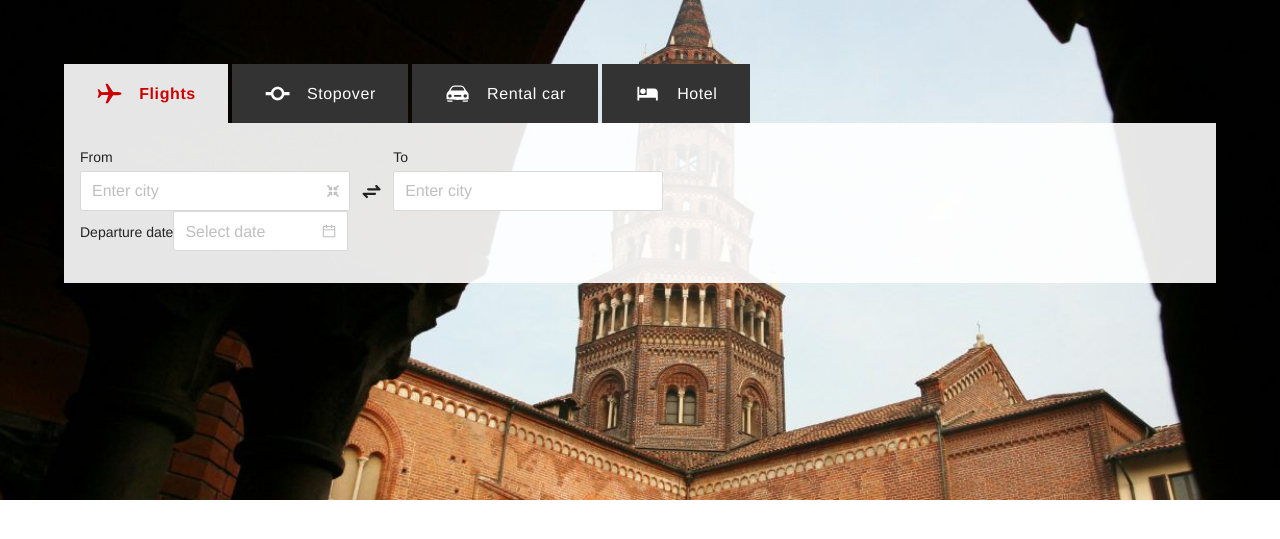
Repository: guidogr95/Everymundo-Excercise
Page: /
The author's editor kept a copy of each file at every save. The page is drawn from the files as they stood at one save, then again after the next save.
The browser window is 1280 px wide. The pictures show the whole page.
The project was rebuilt for these pictures with package versions that can differ from the ones it lists, and the page was loaded fresh each time. Also part of the build but not shown: src/components/CustomSpin/customspin.scss.

Above is the page before, as saved 2021-07-01 17:20:23.

### src/App.jsx
// utils
import {
  QueryClient,
  QueryClientProvider,
} from 'react-query'
// styles
import 'antd/dist/antd.css';
import './app.scss';
// components
import BookingMask from 'src/components/BookingMask'

const queryClient = new QueryClient({
  defaultOptions: {
    queries: {
      refetchOnWindowFocus: false,
    },
  },
})

function App() {
  return (
    <QueryClientProvider client={queryClient}>
      <div className="App">
        <div className="flightmanager-container container" >
          <BookingMask />
        </div>
      </div>
    </QueryClientProvider>
  );
}

export default App;

### src/app.scss
@import 'styles/global';

.App {
  .container {
    width: $desktop-maxwidth;
    max-width: 100%;
  }
  .flightmanager-container {
    background: url('./assets/images/bg.jpg');
    background-size: cover;
    background-position: center;
    min-height: 500px;
    margin: auto;
    padding: 4rem;
  }
}

### src/components/BookingMask/index.jsx
import { useState } from 'react'
// styles
import './bookingmask.scss'
// assets
import { IoIosAirplane, IoMdGitCommit, IoIosCar, IoMdBed } from 'react-icons/io'
// components
import EmptyTab from './EmptyTab'
import FlightsTab from './FlightsTab'

const BookingMask = () => {
  const tabs = [
    {
      name: 'Flights',
      icon: <IoIosAirplane />,
      component: <FlightsTab />
    },
    {
      name: 'Stopover',
      icon: <IoMdGitCommit />,
      component: <EmptyTab />
    },
    {
      name: 'Rental car',
      icon: <IoIosCar />,
      component: <EmptyTab />
    },
    {
      name: 'Hotel',
      icon: <IoMdBed />,
      component: <EmptyTab />
    }
  ]

  const [activeTab, setActiveTab] = useState(tabs[0].name)
  const handleTab = name => setActiveTab(name)

  return (
    <section className="bookingmask" >
      <ul className="bookingmask__nav" >
        {tabs.map(tab =>
          <button
            className={activeTab === tab.name ? 'active' : ''}
            onClick={() => handleTab(tab.name)}
            key={tab.name}
          >
            {tab.icon}<span>{tab.name}</span>
          </button>
        )}
      </ul>
      <div className="bookingmask__tabs-wrapper" >
          {tabs.map(tab =>
            <div
              key={tab.name}
              className={`bookingmask__tab${activeTab === tab.name ? ' active' : ''}`}
            >
              {tab.component}
            </div>
          )}
      </div>
    </section>
  )
}

export default BookingMask

### src/styles/_global.scss
@import 'variables';
@import 'mixins';

html,
body {
  position: relative;
  padding: 0;
  margin: 0;
  font-family: $font-family;
  -webkit-text-size-adjust: 100%;
  -webkit-font-smoothing: auto;
  -moz-font-smoothing: auto;
  -moz-osx-font-smoothing: auto;
  --antd-wave-shadow-color: #c00;
}
* {
  box-sizing: border-box;
}
ul {
  margin: 0;
  padding: 0;
}
button {
  border: none;
  cursor: pointer;
}
.ant-select {
  min-width: 270px;
}
.ant-select:not(.ant-select-disabled):hover .ant-select-selector,
.ant-select-focused:not(.ant-select-disabled).ant-select:not(.ant-select-customize-input) .ant-select-selector {
  border-color: $color-red !important;
}
body::-moz-selection,
body::selection {
  color: $color-red !important;
  background: $color-red !important;
}

### src/styles/_variables.scss
// measurements
$desktop-maxwidth: 90rem;
// colors
$color-red: #c00;
$color-gray: #333333;
$color-white: #fff;
// fonts
// font-family
$font-family: SwissText,Helvetica,Arial,sans-serif,LufthansaMamSymbolText;
// font-weight
$font-weight-medium: 700;
$font-weight-small: 300;
// font-size
$font-size-normal: 1rem;
$font-size-large: 1.7rem;
// line height
$line-height-medium: 2.2rem;
// letter spacing
$letter-spacing-small: .6px;

// tab variables
// colors
$color-active-tab-bg: hsla(0,0%,100%,.9);
// padding
$padding-tab-link: 1rem 2rem;
$padding-tab-content: 3rem 1rem 2rem 1rem;
// margin
$margin-tab-link: 0 0 0 .25rem;

### src/styles/_mixins.scss
// MIXINS
@mixin breakpoint($point) {
  @media (max-width: $point) {
    @content;
  }
}

### src/components/BookingMask/bookingmask.scss
@import '/src/styles/variables';
.bookingmask {
  &__nav {
    list-style: none;
    button {
      &:not(:first-of-type) {
        margin: $margin-tab-link;
      }
      color: $color-white;
      background: $color-gray;
      padding: $padding-tab-link;
      display: inline-flex;
      align-items: center;
      font-size: $font-size-normal;
      font-weight: $font-weight-small;
      letter-spacing: $letter-spacing-small;
      &.active {
        color: $color-red;
        font-weight: $font-weight-medium;
        background-color: $color-active-tab-bg;
      }
      svg {
        margin-right: 1rem;
        font-size: $font-size-large;
      }
    }
  }
  &__tabs-wrapper {
    position: relative;
  }
  &__tab {
    position: absolute;
    top: 0;
    left: 0;
    right: 0;
    padding: $padding-tab-content;
    background-color: $color-active-tab-bg;
    display: none;
    &.active {
      display: block;
    }
  }
}

### src/components/BookingMask/EmptyTab/index.jsx
const EmptyTab = () => {
  return (
    <div>
      some more stuff
    </div>
  )
}

export default EmptyTab

### src/components/BookingMask/FlightsTab/index.jsx
import { useRef } from 'react'
// assets
import { CgArrowsExchange } from 'react-icons/cg'
import { FaCompressArrowsAlt } from 'react-icons/fa'
// components
import AirportInput from './AirportInput'
import DateInput from './DateInput'

import './flightstab.scss'

const FlightsTab = ({ name, activeTab }) => {

  const fromRef = useRef(null)
  const toRef = useRef(null)

  return (
    <div className="bookingmask__flight" >
      <div className="bookingmask__flight--geo" >
        <AirportInput
          ref={fromRef}
          label="From"
          placeholder="Enter city"
          id="fromInput"
          showArrow={true}
          suffixIcon={<FaCompressArrowsAlt/>}
          />
        <span className="separator" >
          <CgArrowsExchange/>
        </span>
        <AirportInput
          ref={toRef}
          label="To"
          placeholder="Enter city"
          id="toInput"
          showArrow={false}
        />
      </div>
      <div className="bookingmask__flight--date" >
        <DateInput
          label="Departure date"
          id="depInput"
        />
      </div>
    </div>
  )
}

export default FlightsTab

### src/components/BookingMask/FlightsTab/AirportInput/index.jsx
import { forwardRef, useCallback, useState, useMemo } from 'react'
// utils
import throttle from 'lodash/throttle'
import { Select } from 'antd'
// api
import { fetchAirports } from 'src/api/fetchers'
// components
import CustomSpin from 'src/components/CustomSpin'

import './airportinput.scss'

const { Option } = Select;

const AirportInput = forwardRef(({ placeholder, showArrow, suffixIcon, label, id }, ref) => {
  const [term, setTerm] = useState('')
  const [isLoading, setIsLoading] = useState(false)
  const [data, setData] = useState([])

  const throttledFetch = useMemo(
    () =>
      throttle(val => {
        fetchAirports(val)
        .then((res) => setData(res.data || []))
        .catch(() => setData([]))
        .finally(() => {
          setIsLoading(false)
        })
      }, 2000),
    []
  )
  const handleSelect = useCallback(
    val => {
      setIsLoading(true)
      const innerVal = val || ''
      setTerm(innerVal)
      // fetching api accepts a min of 3 letters for search
      if (innerVal.length <= 2) {
        setData([])
        setIsLoading(false)
      } else {
        throttledFetch(val)
      }
    },
    [throttledFetch]
  )

  return (
    <div className="airportinput__wrapper" >
      {label && <label htmlFor={id} >{label}</label>}
      <Select
        showSearch
        allowClear
        id={id}
        ref={ref}
        placeholder={placeholder || 'Enter city'}
        value={term || undefined}
        onSearch={handleSelect}
        onChange={(val) => setTerm(val)}
        onClear={handleSelect}
        size='large'
        showArrow={showArrow}
        suffixIcon={suffixIcon}
        optionLabelProp='value'
        defaultActiveFirstOption={false}
        dropdownClassName="airportinput__dropdown"
        filterOption={false}
        notFoundContent={isLoading ? <CustomSpin size="medium"/> : null}
      >
        {data.length > 0
          ? data.map(airport =>
            <Option key={airport.iata} value={`${airport.city} - ${airport.iata}`} >
              <span>{airport.name}</span>
              <span>{airport.iata}</span>
              <span>{airport.country.name}</span>
            </Option>)
          : null
        }
      </Select>
    </div>
  )
})

export default AirportInput

### src/components/BookingMask/FlightsTab/Dateinput/index.jsx
import { DatePicker } from 'antd'

const DateInput = ({ id, label }) => {
  return (
    <div className="dateinput__wrapper" >
      {label && <label htmlFor={id} >{label}</label>}
      <DatePicker
        size="large"
        id={id}
      />
    </div>
  )
}

export default DateInput

### src/components/BookingMask/FlightsTab/flightstab.scss
@import '/src/styles/variables';
.bookingmask__flight {
  &--geo {
    display: flex;
    .separator {
      display: flex;
      align-items: center;
      font-size: $font-size-large;
      padding: 0 .5rem;
    }
  }
}

### src/api/fetchers.js
// utils
import axios from 'axios'

const apiUrl = 'https://airportnames.vercel.app/api'

const fetchAirports = (term) => axios.post(`${apiUrl}/getAirports`, { term })

export {
  fetchAirports
}

### src/components/CustomSpin/index.jsx
import { Spin } from 'antd'
import { LoadingOutlined } from '@ant-design/icons'

import './customspin.scss'

const antIcon = <LoadingOutlined className="customspin" spin />

const CustomSpin = (props) => <Spin indicator={antIcon} {...props} />

export default CustomSpin

### src/components/BookingMask/FlightsTab/AirportInput/airportinput.scss
.airportinput__dropdown {
  .ant-select-item-empty {
    text-align: center;
  }
  .ant-select-item-option-content {
    display: flex;
    flex-direction: column;
    span:nth-of-type(2) {
      font-weight: bold;
    }
  }
}
.airportinput__wrapper {
  display: flex;
  flex-direction: column;
  position: relative;
  label {
    position: absolute;
    left: 0;
    bottom: calc(100% + .2rem);
  }
}

### src/components/BookingMask/FlightsTab/Dateinput/dateinput.scss
.dateinput__wrapper {
  display: flex;
  flex-direction: column;
  position: relative;
  label {
    position: absolute;
    left: 0;
    bottom: calc(100% + .2rem);
  }
}

Loaded but not shown: public/index.html (common file); src/index.jsx (common file); src/reportWebVitals.js (common file)

After the next save:
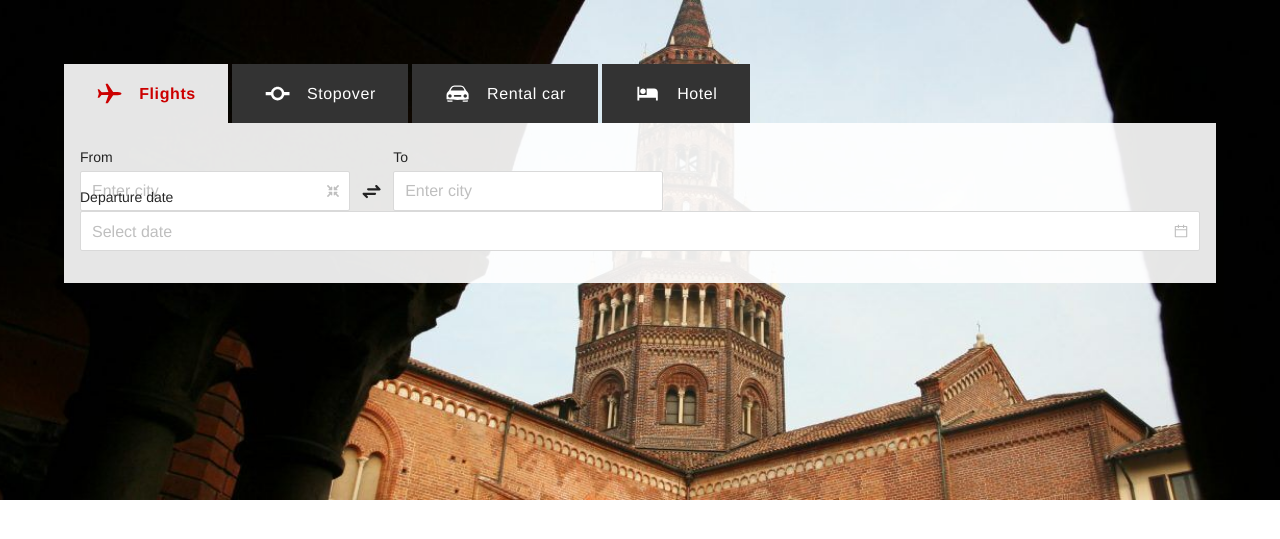
Saved 28 s later.
--- a/src/components/BookingMask/FlightsTab/Dateinput/index.jsx
+++ b/src/components/BookingMask/FlightsTab/Dateinput/index.jsx
@@ -1,4 +1,6 @@
 import { DatePicker } from 'antd'
+
+import './dateinput.scss'
 
 const DateInput = ({ id, label }) => {
   return (
